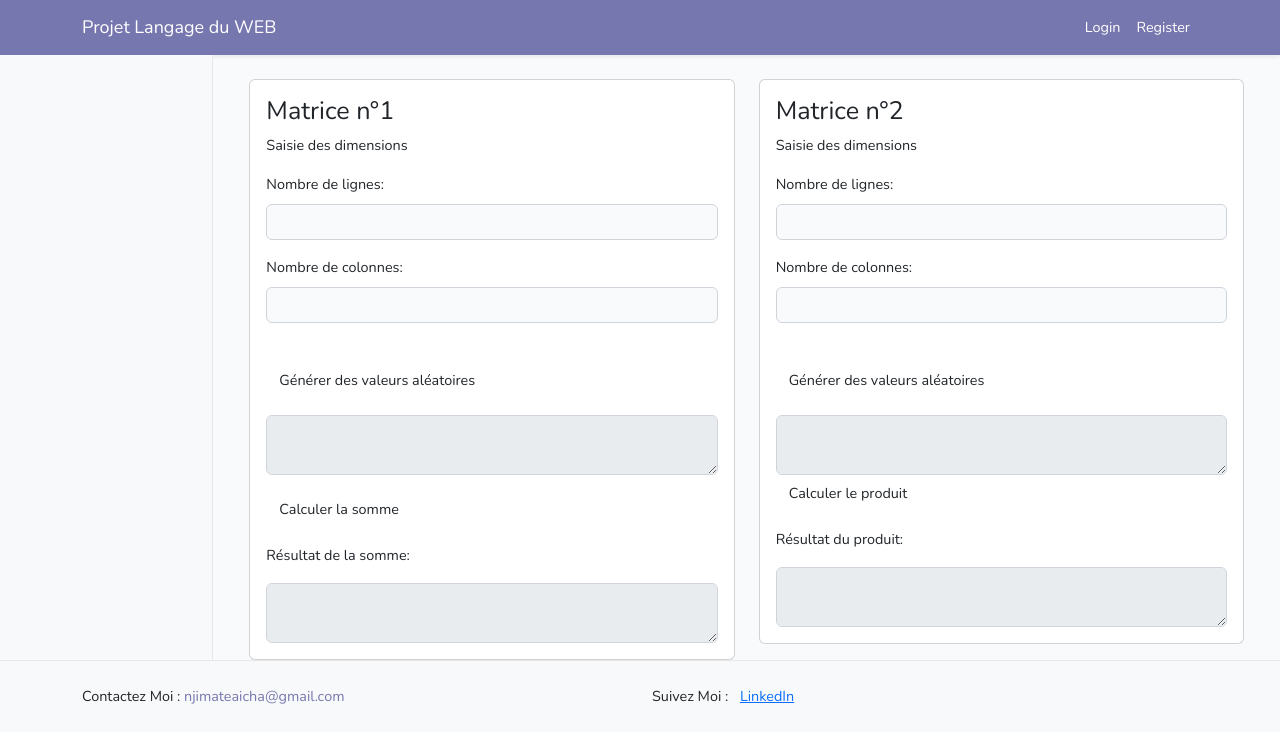
Repository: NjimateAicha/LaravelWeb
Page: http://localhost/matrice
An editor plug-in stored every save of this project. The page is shown before and after the next save, followed by the edit.
The browser window is 1280 px wide. The pictures show the whole page.
Some web libraries are served in a nearby version. The page is served by the project's Laravel application, run on PHP 8.4 with Laravel 9. Style sheets and scripts are compiled from the project's sources, by tool versions that may differ from the author's.

Above is the page before, as saved 2024-05-19 17:28:22.

After the next save:
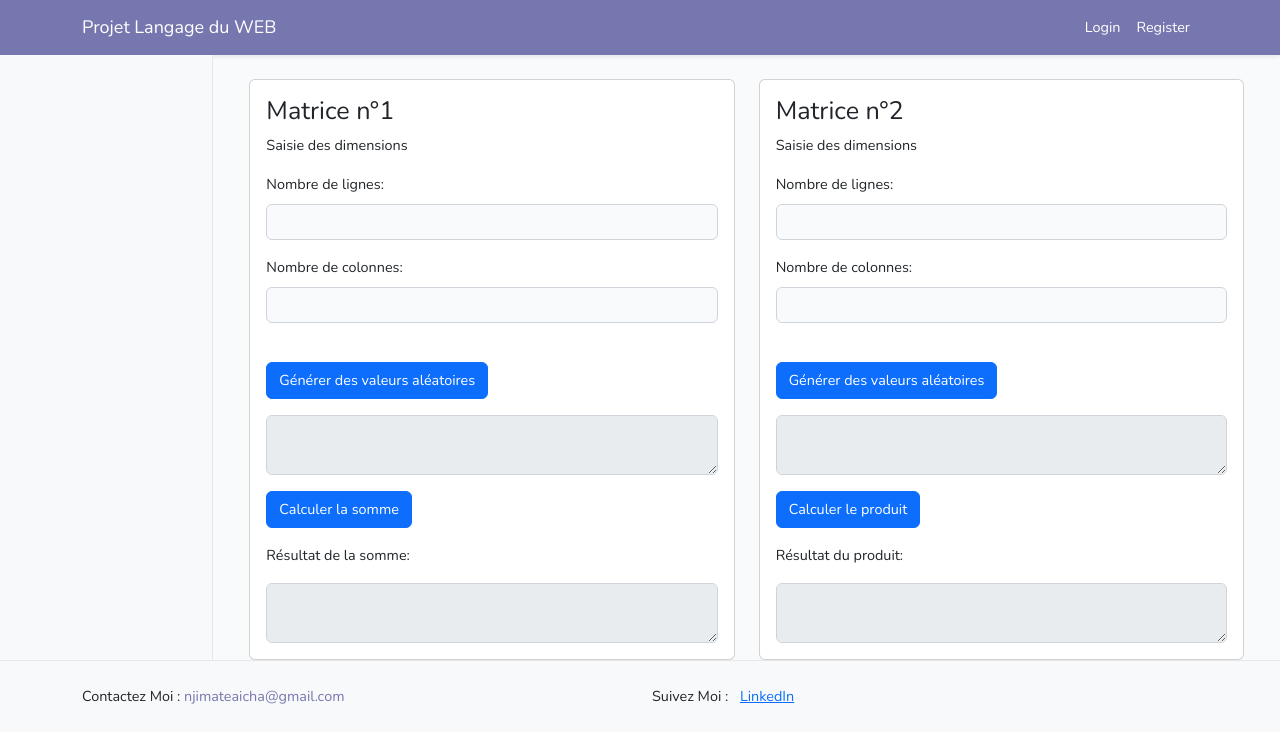
Saved 113 s later.
--- a/resources/views/matrice/index.blade.php
+++ b/resources/views/matrice/index.blade.php
@@ -1,7 +1,5 @@
 @extends('layouts.app')
 @section('content')
-
-
 
 <div class="container mt-4">
     <div class="row">
@@ -19,9 +17,9 @@
                         <input type="number" class="form-control" id="cols">
                     </div>
                     <br>
-                    <button class="btn " onclick="generateMatrix('matrix1')">Générer des valeurs aléatoires</button>
+                    <button class="btn btn-primary" onclick="generateMatrix('matrix1')">Générer des valeurs aléatoires</button>
                     <textarea class="form-control mt-3" id="matrix1" readonly></textarea>
-                    <button class="btn mt-3" onclick="calculateSum('matrix1')">Calculer la somme</button>
+                    <button class="btn btn-primary mt-3" onclick="calculateSum('matrix1')">Calculer la somme</button>
                     <div class="result mt-3">
                         <p>Résultat de la somme:</p>
                         <textarea class="form-control" id="sum1Result" readonly></textarea>
@@ -43,10 +41,10 @@
                         <input type="number" class="form-control" id="cols2">
                     </div>
                     <br>
-                    <button class="btn " onclick="generateMatrix('matrix2')">Générer des valeurs aléatoires</button>
+                    <button class="btn btn-primary" onclick="generateMatrix('matrix2')">Générer des valeurs aléatoires</button>
 
                     <textarea class="form-control mt-3" id="matrix2" readonly></textarea>
-                    <button class="btn " onclick="calculateProduct('matrix2')">Calculer le produit</button>
+                    <button class="btn btn-primary mt-3" onclick="calculateProduct('matrix2')">Calculer le produit</button>
                     <div class="result mt-3">
                         <p>Résultat du produit:</p>
                         <textarea class="form-control" id="productResult" readonly></textarea>
